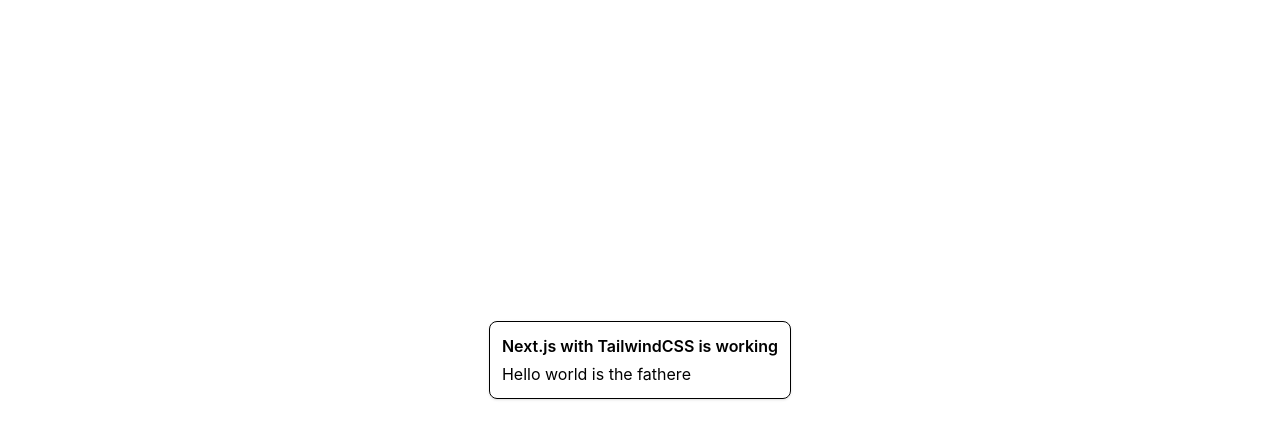
Repository: vignesh33654/resizablesidebar
Page: /
The author's editor kept a copy of each file at every save. The page is drawn from the files as they stood at one save, then again after the next save.
The browser window is 1280 px wide. The pictures show the whole page.
The project was rebuilt for these pictures with package versions that can differ from the ones it lists, and the page was loaded fresh each time.

Above is the page before, as saved 2025-11-11 10:48:38.

### index.html
<!doctype html>
<html lang="en">
  <head>
    <meta charset="UTF-8" />
    <link rel="icon" type="image/svg+xml" href="/vite.svg" />
    <meta name="viewport" content="width=device-width, initial-scale=1.0" />
    <title>ai-app</title>
  </head>
  <body>
    <div id="root"></div>
    <script type="module" src="/src/main.tsx"></script>
  </body>
</html>

### src/index.css
@import "tailwindcss";

@theme {
  --color-primary: #37352f;
  --color-secondary: #ff0000;
  --color-tertiary: #acaba9;
  --color-disabled: #d5d5d4;
  --color-white: #ffffff;

}

/* default css styles */
:root {
  font-family: inter, system-ui;
  background-color: #ffffff;

  font-synthesis: none;
  text-rendering: optimizeLegibility;
  -webkit-font-smoothing: antialiased;
  -moz-osx-font-smoothing: grayscale;

   h1 {
    font-size: var(--font-size-h1);
    line-height: var(--line-height-h1);
    letter-spacing: -2.1%;
    font-weight: 600;
  }

  h2 {
    font-size: var(--font-size-h2);
    line-height: var(--line-height-h2);
    letter-spacing: -1.9%;
    font-weight: 600;
  }

  h3 {
    font-size: var(--font-size-h3);
    line-height: var(--line-height-h3);
    letter-spacing: -1.7%;
    font-weight: 600;
  }

  p {
    font-size: var(--font-size-body-16);
    line-height: var(--line-height-body);
    letter-spacing: -1.1%;
    font-weight: 400;
  }

  text-color{
    --primary: var(--color-primary);
    --secondary: var(--color-secondary);
    --tertiary: var(--color-tertiary);
    --disabled: var(--color-disabled);
    --white: var(--color-white);
  }
}

### src/App.tsx


export default function App() {
  return (
    <div className="min-h-screen bg-Bg-1 flex items-center justify-center p-8">
      <div className="bg-Bg-0 border border-border-Primary rounded-lg p-3 flex gap-3 max-w-[620px] shadow-sm">
        {/* Content */}
        <div className="flex flex-col gap-1">
          <h3 className="">
            Next.js with TailwindCSS is working
          </h3>
          <div className="text-text-color-secondary">
            Hello world is the fathere
          </div>
      </div>
      </div>
    </div>
  )
}

Loaded but not shown: src/main.tsx (common file)

After the next save:
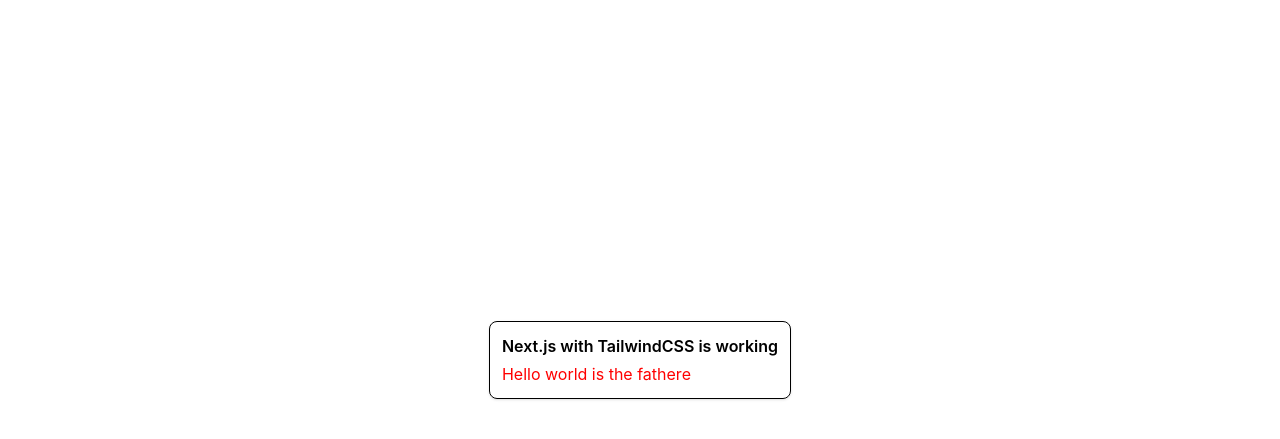
Saved 22 s later.
--- a/src/App.tsx
+++ b/src/App.tsx
@@ -9,7 +9,7 @@
           <h3 className="">
             Next.js with TailwindCSS is working
           </h3>
-          <div className="text-text-color-secondary">
+          <div className="text-secondary">
             Hello world is the fathere
           </div>
       </div>

After the 3 saves that followed:
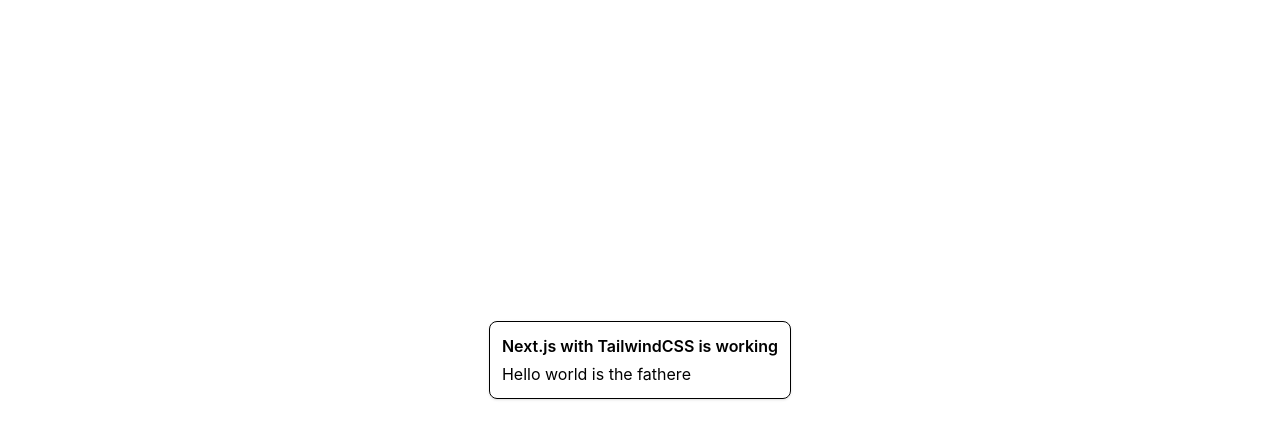
The 3 saves are shown as one change because 2 left the picture as it was.
The last was saved 35 s later.
--- a/src/index.css
+++ b/src/index.css
@@ -3,7 +3,7 @@
 @theme {
   --color-primary: #37352f;
   --color-secondary: #ff0000;
-  --color-tertiary: #acaba9;
+  --color-tertiary: #ff00ff;
   --color-disabled: #d5d5d4;
   --color-white: #ffffff;
 
@@ -46,12 +46,4 @@
     letter-spacing: -1.1%;
     font-weight: 400;
   }
-
-  text-color{
-    --primary: var(--color-primary);
-    --secondary: var(--color-secondary);
-    --tertiary: var(--color-tertiary);
-    --disabled: var(--color-disabled);
-    --white: var(--color-white);
-  }
 }
--- a/src/App.tsx
+++ b/src/App.tsx
@@ -9,7 +9,7 @@
           <h3 className="">
             Next.js with TailwindCSS is working
           </h3>
-          <div className="text-secondary">
+          <div className="text-text-tertiary">
             Hello world is the fathere
           </div>
       </div>
